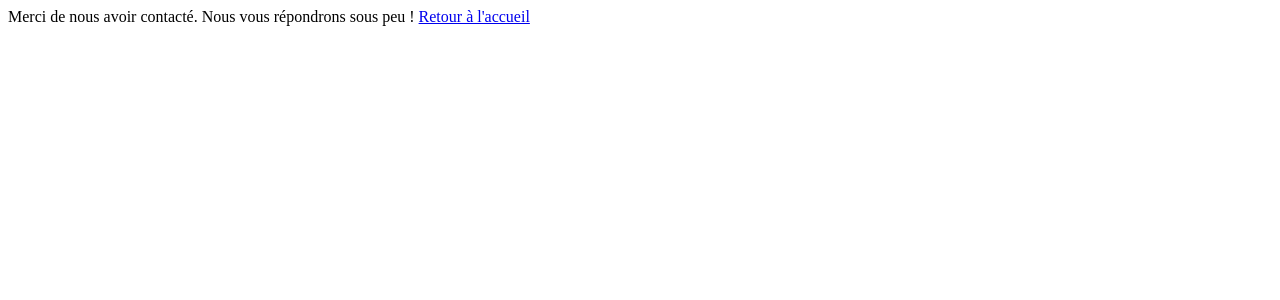
Repository: CarmenFerlatte/TP3__FerlatteCarmen
Page: confirmation.html
The author's editor kept a copy of each file at every save. The page is drawn from the files as they stood at one save, then again after the next save.
The browser window is 1280 px wide. The pictures show the whole page.

Above is the page before, as saved 2024-08-29 12:28:59.

### confirmation.html
<!DOCTYPE html>
<html lang="en">
<head>
    <meta charset="UTF-8">
    <meta name="viewport" content="width=device-width, initial-scale=1.0">
    <title>Confirmation</title>
</head>
<body>
    <main>
        <section class="container"
    <h1>Merci de nous avoir contacté. Nous vous répondrons sous peu !</h1>
    <a class="cursor-pointer" href="index.html" title="Retour à la page d'accueil">Retour à l'accueil</a>
    </main>
</body>
</html>

After the next save:
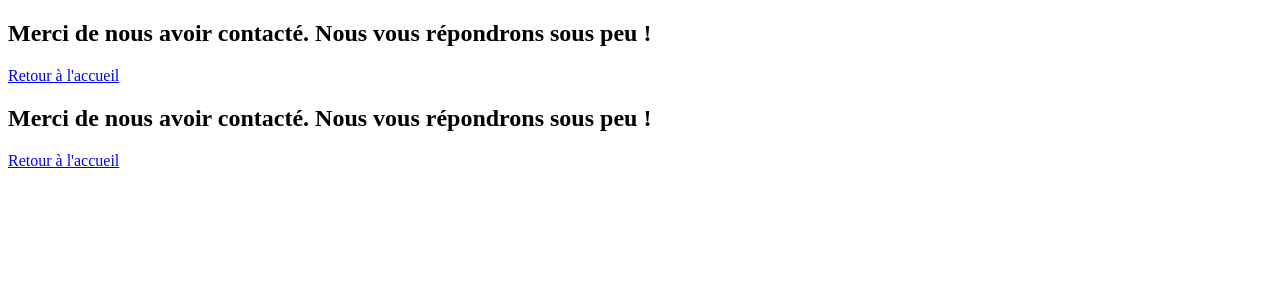
Saved 11 s later.
--- a/confirmation.html
+++ b/confirmation.html
@@ -7,7 +7,13 @@
 </head>
 <body>
     <main>
-        <section class="container"
+        <section class="container">
+            <div class="row">
+                <div class="col-12">
+                    <h1>Merci de nous avoir contacté. Nous vous répondrons sous peu !</h1>
+                    <a class="cursor-pointer" href="index.html" title="Retour à la page d'accueil">Retour à l'accueil</a>
+                </div>
+            </div>
     <h1>Merci de nous avoir contacté. Nous vous répondrons sous peu !</h1>
     <a class="cursor-pointer" href="index.html" title="Retour à la page d'accueil">Retour à l'accueil</a>
     </main>
